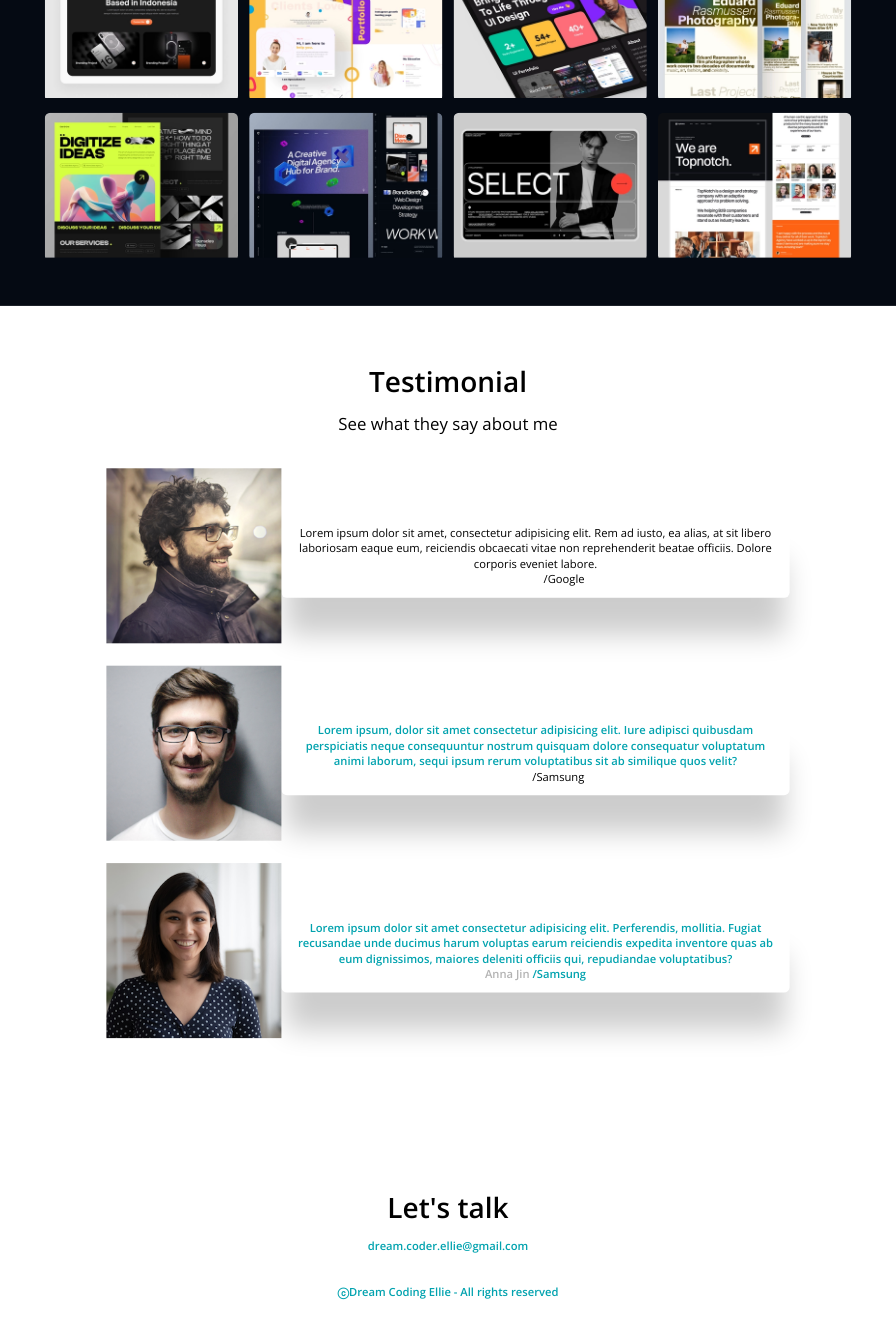
Repository: eggmoon/eggmoon_new
Page: index.html
These files come from the project's save history. The page is drawn as it stood at one moment and after the next save; the edit follows.
The browser window is 1280 px wide. The pictures show the part of the page from y = 2580 to 4500 px (the page is 4500 px tall before and 4200 px after), at 70% of full size.
Some web libraries are served in a nearby version.

Above is the page before, as saved 2025-02-26 15:26:34.

After the next save:
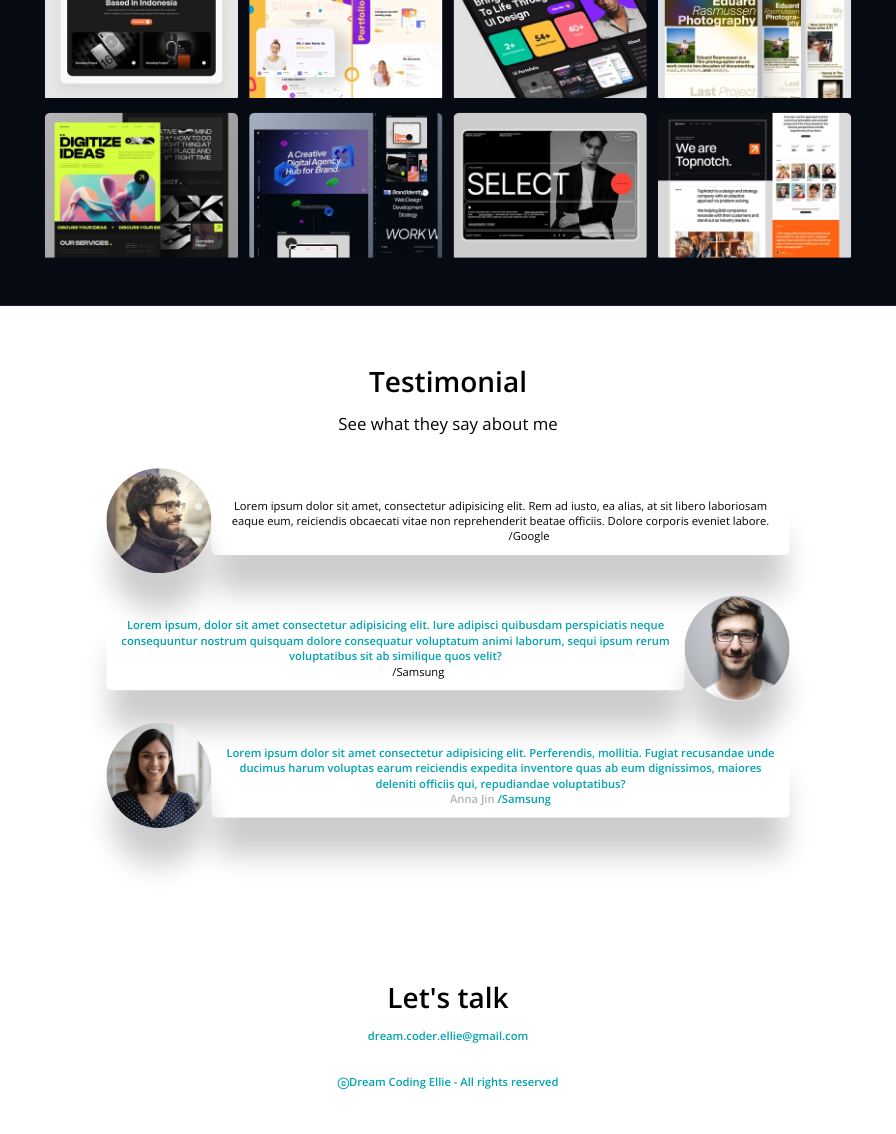
Saved 9 s later.
--- a/css/style.css
+++ b/css/style.css
@@ -371,7 +371,9 @@
   margin-bottom: 2rem;
  }
 
- .testimonial:nth-child(even) .testimonial__img
+ .testimonial:nth-child(even) .testimonial__img {
+  order: 1;
+ }
 
  .testimonial__img{
  width: 150px;
